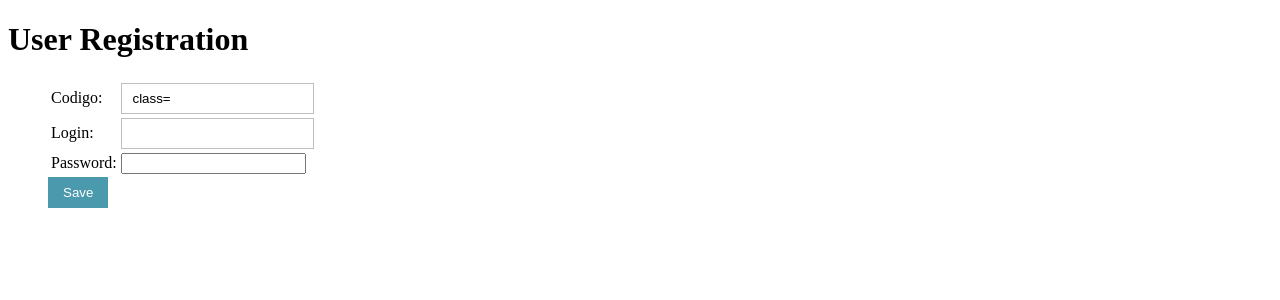
Repository: ViniciusBeletella/project-jsp
Page: http://localhost/project-jsp/userRegistration.jsp
An editor plug-in stored every save of this project. The page is shown before and after the next save, followed by the edit.
The browser window is 1280 px wide. The pictures show the whole page.
The page is served by Tomcat 9.

Above is the page before, as saved 2019-12-20 13:38:39.

After the next save:
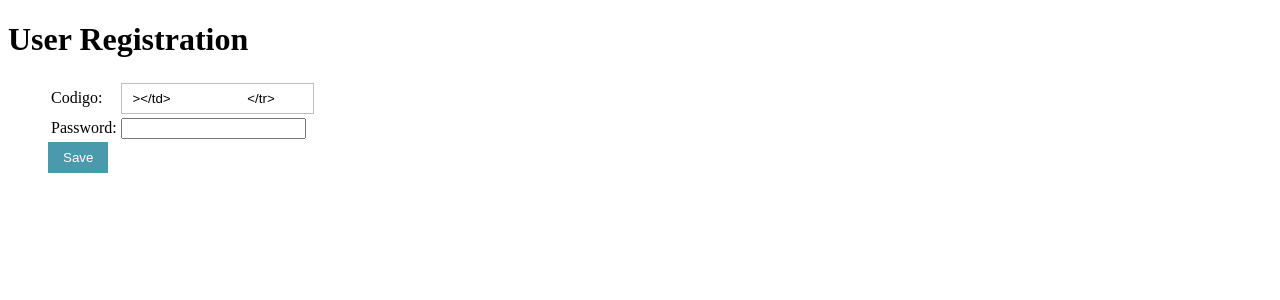
Saved 46 s later.
--- a/project-jsp/WebContent/userRegistration.jsp
+++ b/project-jsp/WebContent/userRegistration.jsp
@@ -18,7 +18,7 @@
 		<table>
 		    <tr>
 				<td>Codigo:</td>
-				<td><input type="text" readonly="readonly" id="id" name="id" value="${user.id} class="field-long"></td>
+				<td><input type="text" readonly="readonly" id="id" name="id" value="${user.id} ></td>
 			</tr>
 			<tr>
 				<td>Login:</td>
